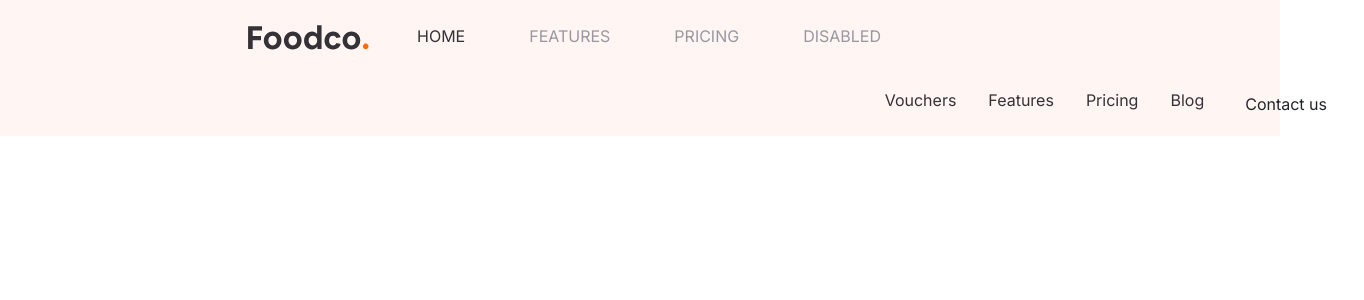
Repository: badhon252/Foodco
Page: index.html
An editor plug-in stored every save of this project. The page is shown before and after the next save, followed by the edit.
The browser window is 1280 px wide. The page is 1364 px wide, so the pictures cover 1364 px, including what lies to the right of the window. The pictures show the whole page.
The style sheet was rebuilt from its Sass, Less or Tailwind sources for each picture, by a compiler version that may differ from the author's.

Above is the page before, as saved 2022-09-15 15:15:07.

### index.html
<!DOCTYPE html>
<html lang="en">

<head>
    <meta charset="UTF-8">
    <meta http-equiv="X-UA-Compatible" content="IE=edge">
    <meta name="viewport" content="width=device-width, initial-scale=1.0">
    <!-- bootstrap cdn link  -->
    <!-- I'm using bootstrap 5 for this project, Let's code!  -->
    <!-- CSS only -->
    <link href="https://cdn.jsdelivr.net/npm/bootstrap@5.2.1/dist/css/bootstrap.min.css" rel="stylesheet"
        integrity="sha384-iYQeCzEYFbKjA/T2uDLTpkwGzCiq6soy8tYaI1GyVh/UjpbCx/TYkiZhlZB6+fzT" crossorigin="anonymous">

    <link rel="stylesheet" href="scss/style.css">
    <title>FoodCo</title>
</head>

<body>

    <main id="header">
        <header class="container">






            <nav class="navbar navbar-expand-lg py-3">
                <div class="container-fluid">
                    <a class="navbar-brand" href="#"><img src="./image/logo.svg" alt=""></a>
                    <button class="navbar-toggler" type="button" data-bs-toggle="collapse" data-bs-target="#navbarNav"
                        aria-controls="navbarNav" aria-expanded="false" aria-label="Toggle navigation">
                        <span class="navbar-toggler-icon"></span>
                    </button>
                    <div class="collapse navbar-collapse" id="navbarNav">
                        <ul class="navbar-nav">
                            <li class="nav-item">
                                <a class="nav-link active" aria-current="page" href="#">Home</a>
                            </li>
                            <li class="nav-item">
                                <a class="nav-link" href="#">Features</a>
                            </li>
                            <li class="nav-item">
                                <a class="nav-link" href="#">Pricing</a>
                            </li>
                            <li class="nav-item">
                                <a class="nav-link disabled">Disabled</a>
                            </li>
                        </ul>
                    </div>
                </div>
            </nav>



            <nav class="navbar ">
                <div class="navbar-brand">

                </div>
                <ul class="nav">
                    <li class="nav-item"><a href="" class="nav-link link active">Vouchers</a></li>
                    <li class="nav-item"><a href="" class="nav-link link">Features</a></li>
                    <li class="nav-item"><a href="" class="nav-link link">Pricing</a></li>
                    <li class="nav-item"><a href="" class="nav-link link">Blog</a></li>
                    <button class="btn">Contact us</button>
                </ul>
            </nav>
            <div class="div header-content">
                <div class="row">
                    <div class="col-md-6"></div>
                    <div class="col-md-6"></div>
                </div>
            </div>
        </header>
    </main>

</body>

</html>

### scss/style.scss
@import url("https://fonts.googleapis.com/css2?family=Inter:wght@400;600;700;800;900&display=swap");
@font-face {
  font-family: circular;
  src: url(../fonts/Circular_Std_Font.otf);
}
@font-face {
  font-family: AirbnbCereal_W_Bd;
  src: url(../fonts/AirbnbCereal_W_Bd.otf);
}
@font-face {
  font-family: AirbnbCereal_W_Bk;
  src: url(../fonts//AirbnbCereal_W_Bk.otf);
}
@font-face {
  font-family: AirbnbCereal_W_Blk;
  src: url(../fonts/AirbnbCereal_W_Blk.otf);
}
@font-face {
  font-family: AirbnbCereal_W_Lt;
  src: url(../fonts/AirbnbCereal_W_Lt.otf);
}
@font-face {
  font-family: AirbnbCereal_W_Md;
  src: url(../fonts/AirbnbCereal_W_Md.otf);
}
@font-face {
  font-family: AirbnbCereal_W_XBd;
  src: url(../fonts/AirbnbCereal_W_XBd.otf);
}
* {
  margin: 0;
  padding: 0;
  box-sizing: border-box;
  font-family: "Inter", sans-serif;
  //   font-family: circular;
}
.container {
  margin: 2rem 14rem;
}
.btn,
.link {
  cursor: pointer;
}
.link {
  text-decoration: none;
  color: #353237;
}
.btn {
  outline: none;
  border: none;
  padding: 12px 25px;
  font-size: 1rem;
  font-weight: 400;
}
.active {
  color: #353237 !important;
}
li {
  list-style-type: none;
}
.py-1 {
  padding: 1rem 0;
}
.py-2 {
  padding: 2rem 0;
}
.py-3 {
  padding: 3rem 0;
}
.py-4 {
  padding: 4rem 0;
}
.my-1 {
  margin: 1rem 0;
}
.my-1 {
  margin: 1rem 0;
}
.my-2 {
  margin: 2rem 0;
}
.my-3 {
  margin: 3rem 0;
}
.my-4 {
  margin: 4rem 0;
}
.my-5 {
  margin: 5rem 0;
}

// =======================
//===========================
#header {
  background-color: #fff5f2;

  .container {
    margin: 0 14rem;
  }
  .navbar {
    display: flex;
    justify-content: space-between;
    align-items: center;
    .navbar-nav {
      display: flex;
      align-items: center;
      .nav-item {
        margin: 0 1.5rem;
        .nav-link {
          font-weight: 500;
          font-size: 1rem;
          line-height: 20px;
          text-transform: uppercase;
          color: #9a97a1;
          //   color: #353237;
          &:hover {
            color: #353237;
          }
        }
      }
      .btn {
        background-color: #7b4cdf;
        border-radius: 20.5px;
        color: #fff;
        margin-left: 2rem;
        padding: 11px 21px;
      }
    }
  }
}

After the next save:
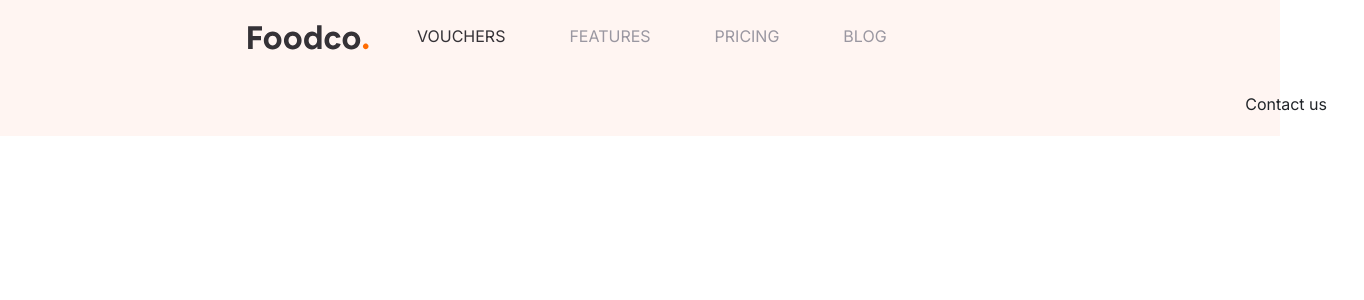
Saved 41 s later.
--- a/index.html
+++ b/index.html
@@ -35,7 +35,7 @@
                     <div class="collapse navbar-collapse" id="navbarNav">
                         <ul class="navbar-nav">
                             <li class="nav-item">
-                                <a class="nav-link active" aria-current="page" href="#">Home</a>
+                                <a class="nav-link active" aria-current="page" href="#">Vouchers</a>
                             </li>
                             <li class="nav-item">
                                 <a class="nav-link" href="#">Features</a>
@@ -44,7 +44,7 @@
                                 <a class="nav-link" href="#">Pricing</a>
                             </li>
                             <li class="nav-item">
-                                <a class="nav-link disabled">Disabled</a>
+                                <a class="nav-link disabled">Blog</a>
                             </li>
                         </ul>
                     </div>
@@ -54,16 +54,14 @@
 
 
             <nav class="navbar ">
-                <div class="navbar-brand">
 
-                </div>
-                <ul class="nav">
-                    <li class="nav-item"><a href="" class="nav-link link active">Vouchers</a></li>
-                    <li class="nav-item"><a href="" class="nav-link link">Features</a></li>
-                    <li class="nav-item"><a href="" class="nav-link link">Pricing</a></li>
-                    <li class="nav-item"><a href="" class="nav-link link">Blog</a></li>
-                    <button class="btn">Contact us</button>
-                </ul>
+
+                <li class="nav-item"><a href="" class="nav-link link active"></a></li>
+                <li class="nav-item"><a href="" class="nav-link link"></a></li>
+                <li class="nav-item"><a href="" class="nav-link link"></a></li>
+                <li class="nav-item"><a href="" class="nav-link link"></a></li>
+                <button class="btn">Contact us</button>
+
             </nav>
             <div class="div header-content">
                 <div class="row">
